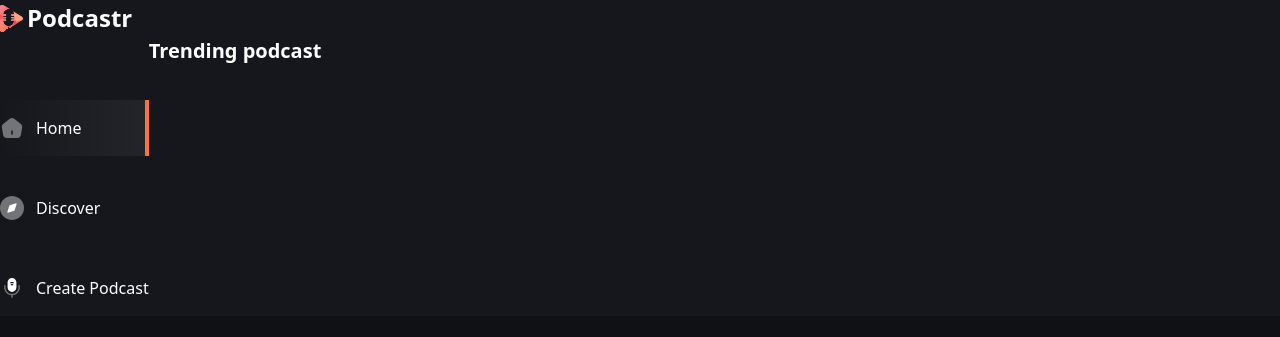
Repository: sumanth-udedar/podcast
Page: /
The author's editor kept a copy of each file at every save. The page is drawn from the files as they stood at one save, then again after the next save.
The browser window is 1280 px wide. The pictures show the whole page.
The project was rebuilt for these pictures with package versions that can differ from the ones it lists, and the page was loaded fresh each time. The framework's server and built-in components were replaced by stand-ins that run in the browser. Also part of the build but not shown: next.config.ts.

Above is the page before, as saved 2024-11-13 15:39:01.

### app/(root)/layout.tsx
import LeftSidebar from "@/components/LeftSidebar";

export default function RootLayout({
  children,
}: Readonly<{
  children: React.ReactNode;
}>) {
  return (
    <div className="relative flex flex-col">
      <main className="relative flex bg-black-1">
        <LeftSidebar />
        {children}

        {/* <section className="flex min-h-screen flex-1 flex-col px-4 sm:px-14">
          <div className="mx-auto flex w-full max-w-5xl flex-col max-sm:px-4">
            <div className="flex h-16 items-center justify-between md:hidden">
              <Image
                src="/icons/logo.svg"
                width={30}
                height={30}
                alt="menu icon"
              />
              <MobileNav />
            </div>
            <div className="flex flex-col md:pb-14">
              <Toaster />


            </div>
          </div>
        </section> */}

        {/* <RightSidebar /> */}
      </main>
    </div>
  );
}

### app/(root)/page.tsx
import { Button } from '@/components/ui/button' //if hadnt imported this then i wont be able to use button tag
import React from 'react'

const page = () => {
  return (
    <div className='mt-9 flex flex-col gap-9'>
      <section className='flex flex-col gap-5'>
        <h1 className='text-20 font-bold text-white-1'>Trending podcast</h1>
        {/* <Button className='text-white-1 bg-orange-1'>Button</Button>  commented this*/}

      </section>
    </div>
  )
}

export default page

### components/LeftSidebar.tsx
"use client";

import Image from "next/image";
import Link from "next/link";
import React from "react";
import { sidebarLinks } from "@/constants";
import { usePathname, useRouter } from "next/navigation";
import { cn } from "@/lib/utils";

const LeftSidebar = () => {
  const pathname = usePathname();
  const router = useRouter();
  return (
    <section>
      <nav className="flex flex-col gap-6">
        <Link
          href="/"
          className="flex cursor-pointer items-center gap-1 pb-10 max-lg:justify-center"
        >
          <Image src="/icons/logo.svg" alt="logo" width={23} height={27} />
          <h1 className="text-24 font-extrabold text-white-1 max-lg:hidden">
            Podcastr
          </h1>
        </Link>

        {sidebarLinks.map(({ route, label, imgURL }) => {
          const isActive =
            pathname === route || pathname.startsWith(`${route}/`);

          return (
            <Link
              href={route}
              key={label}
              className={cn(
                "flex gap-3 items-center py-4 max-lg:px-4 justify-center lg:justify-start text-white-1",
                {
                  "bg-nav-focus border-r-4 border-orange-1": isActive,
                }
              )}
            >
              <Image src={imgURL} alt={label} width={24} height={24} />
              <p>{label}</p>
            </Link>
          );
        })}
      </nav>
    </section>
  );
};

export default LeftSidebar;

### constants/index.tsx
export const sidebarLinks = [
    {
      imgURL: "/icons/home.svg",
      route: "/",
      label: "Home",
    },
    {
      imgURL: "/icons/discover.svg",
      route: "/discover",
      label: "Discover",
    },
    {
      imgURL: "/icons/microphone.svg",
      route: "/create-podcast",
      label: "Create Podcast",
    },
  ];

  export const voiceDetails = [
    {
      id: 1,
      name: "alloy",
    },
    {
      id: 2,
      name: "echo",
    },
    {
      id: 3,
      name: "fable",
    },
    {
      id: 4,
      name: "onyx",
    },
    {
      id: 5,
      name: "nova",
    },
    {
      id: 6,
      name: "shimmer",
    },
  ];

  export const podcastData = [
    {
      id: 1,
      title: "The Joe Rogan Experience",
      description: "A long form, in-depth conversation",
      imgURL:
        "https://lovely-flamingo-139.convex.cloud/api/storage/3106b884-548d-4ba0-a179-785901f69806",
    },
    {
      id: 2,
      title: "The Futur",
      description: "This is how the news should sound",
      imgURL:
        "https://lovely-flamingo-139.convex.cloud/api/storage/16fbf9bd-d800-42bc-ac95-d5a586447bf6",
    },
    {
      id: 3,
      title: "Waveform",
      description: "Join Michelle Obama in conversation",
      imgURL:
        "https://lovely-flamingo-139.convex.cloud/api/storage/60f0c1d9-f2ac-4a96-9178-f01d78fa3733",
    },
    {
      id: 4,
      title: "The Tech Talks Daily Podcast",
      description: "This is how the news should sound",
      imgURL:
        "https://lovely-flamingo-139.convex.cloud/api/storage/5ba7ed1b-88b4-4c32-8d71-270f1c502445",
    },
    {
      id: 5,
      title: "GaryVee Audio Experience",
      description: "A long form, in-depth conversation",
      imgURL:
        "https://lovely-flamingo-139.convex.cloud/api/storage/ca7cb1a6-4919-4b2c-a73e-279a79ac6d23",
    },
    {
      id: 6,
      title: "Syntax ",
      description: "Join Michelle Obama in conversation",
      imgURL:
        "https://lovely-flamingo-139.convex.cloud/api/storage/b8ea40c7-aafb-401a-9129-73c515a73ab5",
    },
    {
      id: 7,
      title: "IMPAULSIVE",
      description: "A long form, in-depth conversation",
      imgURL:
        "https://lovely-flamingo-139.convex.cloud/api/storage/8a55d662-fe3f-4bcf-b78b-3b2f3d3def5c",
    },
    {
      id: 8,
      title: "Ted Tech",
      description: "This is how the news should sound",
      imgURL:
        "https://lovely-flamingo-139.convex.cloud/api/storage/221ee4bd-435f-42c3-8e98-4a001e0d806e",
    },
  ];

Loaded but not shown: app/layout.tsx (common file); app/globals.css (common file); lib/utils.ts (common file); tailwind.config.ts (common file)

After the next save:
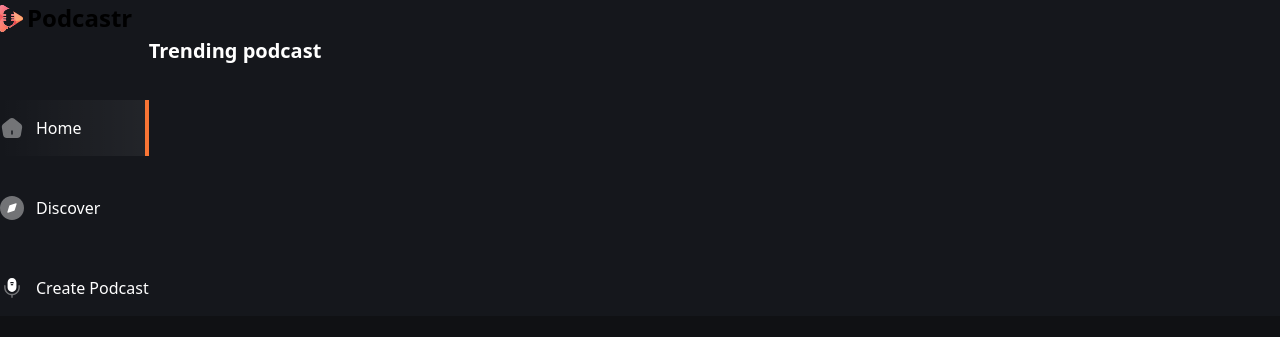
Saved 3 min 14 s later.
--- a/components/LeftSidebar.tsx
+++ b/components/LeftSidebar.tsx
@@ -18,7 +18,7 @@
           className="flex cursor-pointer items-center gap-1 pb-10 max-lg:justify-center"
         >
           <Image src="/icons/logo.svg" alt="logo" width={23} height={27} />
-          <h1 className="text-24 font-extrabold text-white-1 max-lg:hidden">
+          <h1 className="text-24 font-extrabold text-white max-lg:hidden">
             Podcastr
           </h1>
         </Link>

After the save that followed:
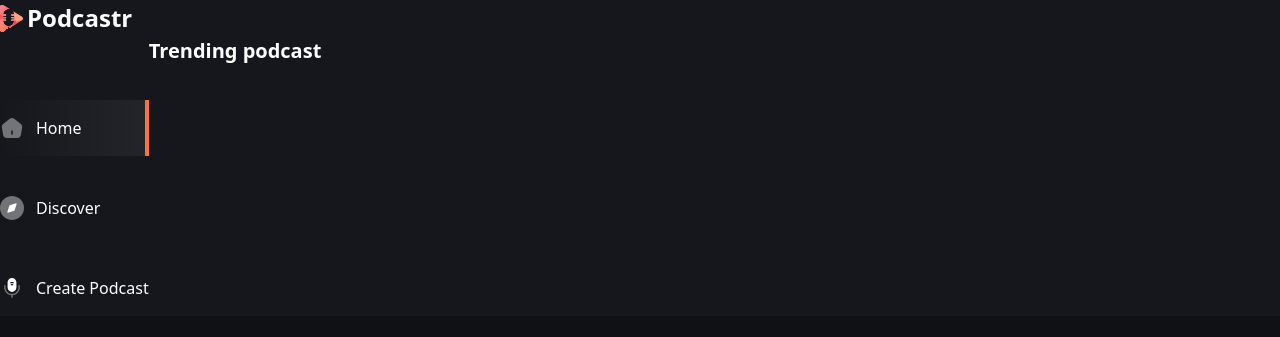
Saved 10 s later.
--- a/components/LeftSidebar.tsx
+++ b/components/LeftSidebar.tsx
@@ -18,7 +18,7 @@
           className="flex cursor-pointer items-center gap-1 pb-10 max-lg:justify-center"
         >
           <Image src="/icons/logo.svg" alt="logo" width={23} height={27} />
-          <h1 className="text-24 font-extrabold text-white max-lg:hidden">
+          <h1 className="text-24 font-extrabold text-white-1 max-lg:hidden">
             Podcastr
           </h1>
         </Link>
